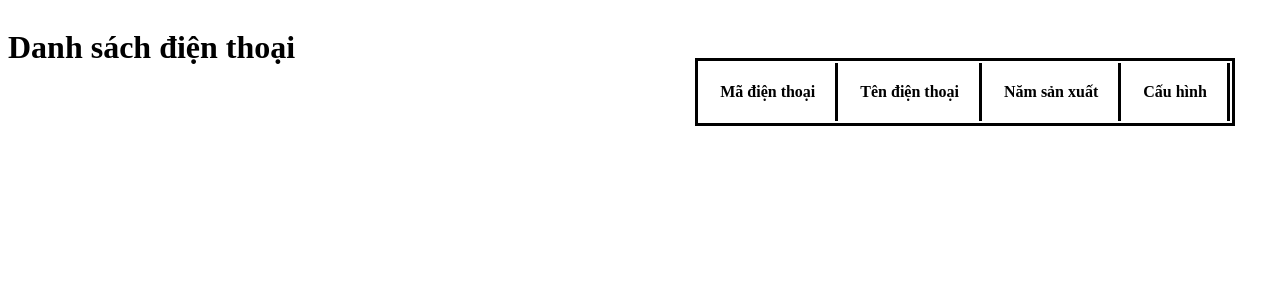
Repository: buikhacthang91042/Nam4_Ki1
Page: http://localhost/Tuan05/DanhSachDienThoaiNCC.jsp
An editor plug-in stored every save of this project. The page is shown before and after the next save, followed by the edit.
The browser window is 1280 px wide. The pictures show the whole page.
The page is served by Tomcat 10. Nobody is signed in. The application's start-up code is not run. Other server files are loaded and not shown. The template is opened directly, without the code that normally fills it, so the values that code supplies are empty.

Above is the page before, as saved 2024-10-10 12:00:40.

### WWW/BuiKhacThang_21127151_Tuan05/Tuan05/src/main/webapp/DanhSachDienThoaiNCC.jsp
<%@ page contentType="text/html; charset=UTF-8" language="java"%>
<%@ taglib uri="http://java.sun.com/jsp/jstl/functions" prefix="fn"%>
<%@ taglib prefix="c" uri="jakarta.tags.core"%>
<!DOCTYPE html>
<html>
<head>
<meta charset="ISO-8859-1">
<title>Danh sách điện thoại theo nhà cung cấp</title>
<style type="text/css">
	.container{
		display: flex;
		flex-direction: row;
	}
	.menu{

	}
	.content{
		display:flex;
		margin-left: 400px;
		margin-top: 50px;
	}
	th {
		padding: 20px;
		border-right: solid;
	}
	table{
		border: solid;
	}
</style>

</head>
<body>
	<form action="" method="GET">
	<div class="container">

		<div class="menu">
		<h1>Danh sách điện thoại</h1>
		<ul>
		<c:forEach var="NCC" items="${NhaCCList}">
			<li><a
				href="DanhSachDienThoaiNCCServlet?mancc= ${NCC.mancc}">${NCC.tenNhaCungCap}</a></li>
		</c:forEach>
		</ul>
		</div>

		<div class="content">
			<table>
				<thead>
					<tr>
						<th>Mã điện thoại</th>
						<th>Tên điện thoại</th>
						<th>Năm sản xuất</th>
						<th>Cấu hình</th>
					</tr>
				</thead>

				<tbody>
				<c:forEach var= "dienThoai" items= "${dienThoaiList}">
					<tr>
						<td>${dienThoai.madt} </td>
						<td>${dienThoai.tenDienThoai} </td>
						<td>${dienThoai.namSanXuat} </td>
						<td>${dienThoai.cauHinh} </td>
					</tr>
				</c:forEach>

				</tbody>
			</table>
		</div>

		</div>
	</form>
</body>
</html>

After the next save:
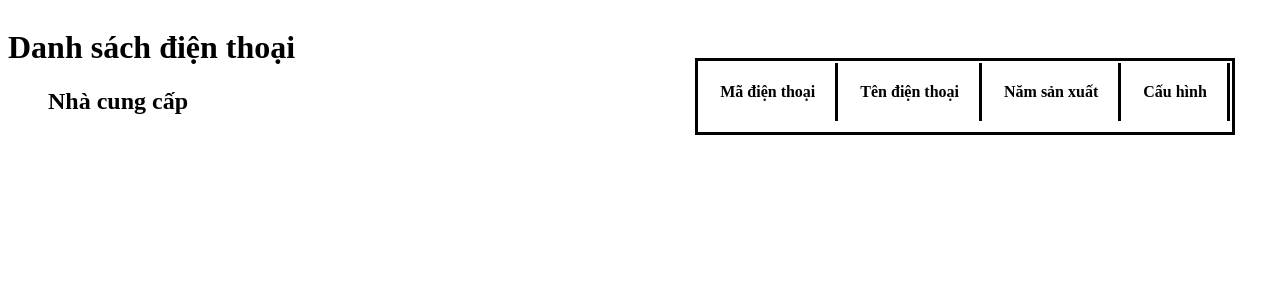
Saved 58 s later.
--- a/WWW/BuiKhacThang_21127151_Tuan05/Tuan05/src/main/webapp/DanhSachDienThoaiNCC.jsp
+++ b/WWW/BuiKhacThang_21127151_Tuan05/Tuan05/src/main/webapp/DanhSachDienThoaiNCC.jsp
@@ -36,6 +36,7 @@
 		<div class="menu">
 		<h1>Danh sách điện thoại</h1>
 		<ul>
+			<h2>Nhà cung cấp</h2>
 		<c:forEach var="NCC" items="${NhaCCList}">
 			<li><a
 				href="DanhSachDienThoaiNCCServlet?mancc= ${NCC.mancc}">${NCC.tenNhaCungCap}</a></li>
